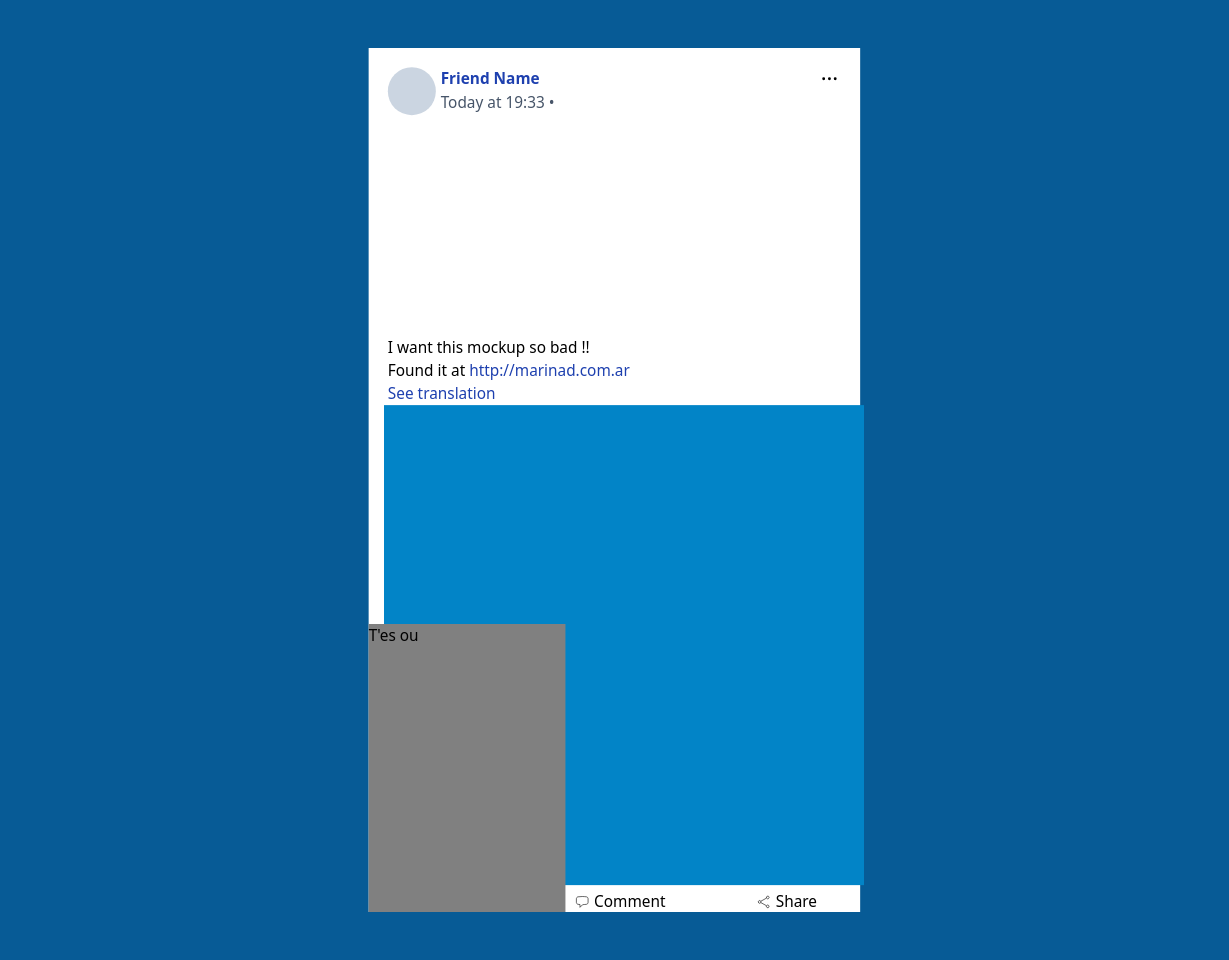
Repository: Sarah7223/internet-programming-tp
Page: TP2/TP02.1.html
The author's editor kept a copy of each file at every save. The page is drawn from the files as they stood at one save, then again after the next save.
The browser window is 1280 px wide. The pictures show the whole page, at 96% of full size.
Some web libraries are served in a nearby version.

Above is the page before, as saved 2023-01-13 10:06:00.

### TP2/TP02.1.html
<html>

<head>
    <style>
        .background {
            display: flex;
            width: 100%;
            height: 1000px;
            background-color: #075B96;
            justify-content: center;
            align-items: center;


            /*
                    #779BE7
                    */
        }

        .whitebox {
            display: flex;
            background-color: white;
            width: 40%;
            height: 900px;
            flex-direction: column;
            justify-content: space-between;


        }

        .firstLine {
            width: 100%;
            height: 100px;
            display: flex;
            flex-wrap: nowrap;
            flex-direction: row;
            padding: 20px;
            padding-bottom: 0px;
            justify-content: space-between;
            align-items: flex-start;
        }

        .circle {
            display: flex;
            width: 50px;
            height: 50px;

        }

        .first-name {
            display: flex;
        }

        .hour {
            display: flex;
        }

        .more {
            display: flex;
        }

        .left-part {
            display: flex;
        }

        .text1 {
            display: flex;
            flex-direction: column;
            margin-left: 5px;

        }

        .post-line {
            display: flex;

        }

        .post {
            width: 100%;
            height: 100px;
            display: flex;
            flex-direction: column;
            padding-left: 20px;

        }

        .carre {
            height: 500px;
            width: 500px;
            align-self: center;
        }

        .reaction {
            width: 100%;
            display: flex;
            flex-direction: row;
            justify-content: space-around;

        }

        .reactionBox {
            padding-top: 5px;
            display: flex;
        }

        .emoticon {
            height: 25;
            padding: 5px;
        }

        .grey-box {
            display: flex;
            height: 300px;
            width: 40%;
            background-color: grey;
        }
    </style>
</head>

<body>
    <script src="https://cdn.tailwindcss.com"></script>
    <div class="background">
        <div class="whitebox">
            <div class="firstLine">
                <div class="left-part">
                    <div class="bg-slate-300 aspect-square rounded-full circle"></div>
                    <div class="text1">
                        <div class="text-blue-800 font-bold first-name">Friend Name</div>
                        <div class="text-slate-600  hour">Today at 19:33 • </div>
                    </div>

                </div>

                <div class="more">
                    <svg xmlns="http://www.w3.org/2000/svg" fill="none" viewBox="0 0 24 24" stroke-width="1.5"
                        stroke="currentColor" class="w-6 h-6">
                        <path stroke-linecap="round" stroke-linejoin="round"
                            d="M6.75 12a.75.75 0 11-1.5 0 .75.75 0 011.5 0zM12.75 12a.75.75 0 11-1.5 0 .75.75 0 011.5 0zM18.75 12a.75.75 0 11-1.5 0 .75.75 0 011.5 0z" />
                    </svg>
                </div>

            </div>
            <div class="post">
                <div class="post-line"> I want this mockup so bad !! </div>
                <span>Found it at
                    <a class="text-blue-800" href="http://marinad.com.ar">http://marinad.com.ar</a></span>
                <div class="text-blue-800"> See translation </div>
                <div class="carre">
                    <div class="bg-sky-600 aspect-square"></div>
                </div>
                <!--3 emoticons, vertically aligns -->
                <div class="reaction">
                    <div class="reactionBox">
                        <svg class="emoticon" xmlns="http://www.w3.org/2000/svg" fill="none" viewBox="0 0 24 24"
                            strokeWidth={1.5} stroke="currentColor" className="w-6 h-6">
                            <path strokeLinecap="round" strokeLinejoin="round"
                                d="M6.633 10.5c.806 0 1.533-.446 2.031-1.08a9.041 9.041 0 012.861-2.4c.723-.384 1.35-.956 1.653-1.715a4.498 4.498 0 00.322-1.672V3a.75.75 0 01.75-.75A2.25 2.25 0 0116.5 4.5c0 1.152-.26 2.243-.723 3.218-.266.558.107 1.282.725 1.282h3.126c1.026 0 1.945.694 2.054 1.715.045.422.068.85.068 1.285a11.95 11.95 0 01-2.649 7.521c-.388.482-.987.729-1.605.729H13.48c-.483 0-.964-.078-1.423-.23l-3.114-1.04a4.501 4.501 0 00-1.423-.23H5.904M14.25 9h2.25M5.904 18.75c.083.205.173.405.27.602.197.4-.078.898-.523.898h-.908c-.889 0-1.713-.518-1.972-1.368a12 12 0 01-.521-3.507c0-1.553.295-3.036.831-4.398C3.387 10.203 4.167 9.75 5 9.75h1.053c.472 0 .745.556.5.96a8.958 8.958 0 00-1.302 4.665c0 1.194.232 2.333.654 3.375z" />
                        </svg>

                        Like
                    </div>
                    <div class="reactionBox">
                        <svg class="emoticon" xmlns="http://www.w3.org/2000/svg" fill="none" viewBox="0 0 24 24"
                            strokeWidth={1.5} stroke="currentColor" className="w-6 h-6">
                            <path strokeLinecap="round" strokeLinejoin="round"
                                d="M2.25 12.76c0 1.6 1.123 2.994 2.707 3.227 1.087.16 2.185.283 3.293.369V21l4.076-4.076a1.526 1.526 0 011.037-.443 48.282 48.282 0 005.68-.494c1.584-.233 2.707-1.626 2.707-3.228V6.741c0-1.602-1.123-2.995-2.707-3.228A48.394 48.394 0 0012 3c-2.392 0-4.744.175-7.043.513C3.373 3.746 2.25 5.14 2.25 6.741v6.018z" />
                        </svg>

                        Comment
                    </div>
                    <div class="reactionBox">
                        <svg class="emoticon" xmlns="http://www.w3.org/2000/svg" fill="none" viewBox="0 0 24 24"
                            strokeWidth={1.5} stroke="currentColor" className="w-6 h-6">
                            <path strokeLinecap="round" strokeLinejoin="round"
                                d="M7.217 10.907a2.25 2.25 0 100 2.186m0-2.186c.18.324.283.696.283 1.093s-.103.77-.283 1.093m0-2.186l9.566-5.314m-9.566 7.5l9.566 5.314m0 0a2.25 2.25 0 103.935 2.186 2.25 2.25 0 00-3.935-2.186zm0-12.814a2.25 2.25 0 103.933-2.185 2.25 2.25 0 00-3.933 2.185z" />
                        </svg>

                        Share
                    </div>
                </div>

            </div>
            <div class="grey-box">T'es ou</div>

        </div>


    </div>

    </div>
</body>

</html>

After the next save:
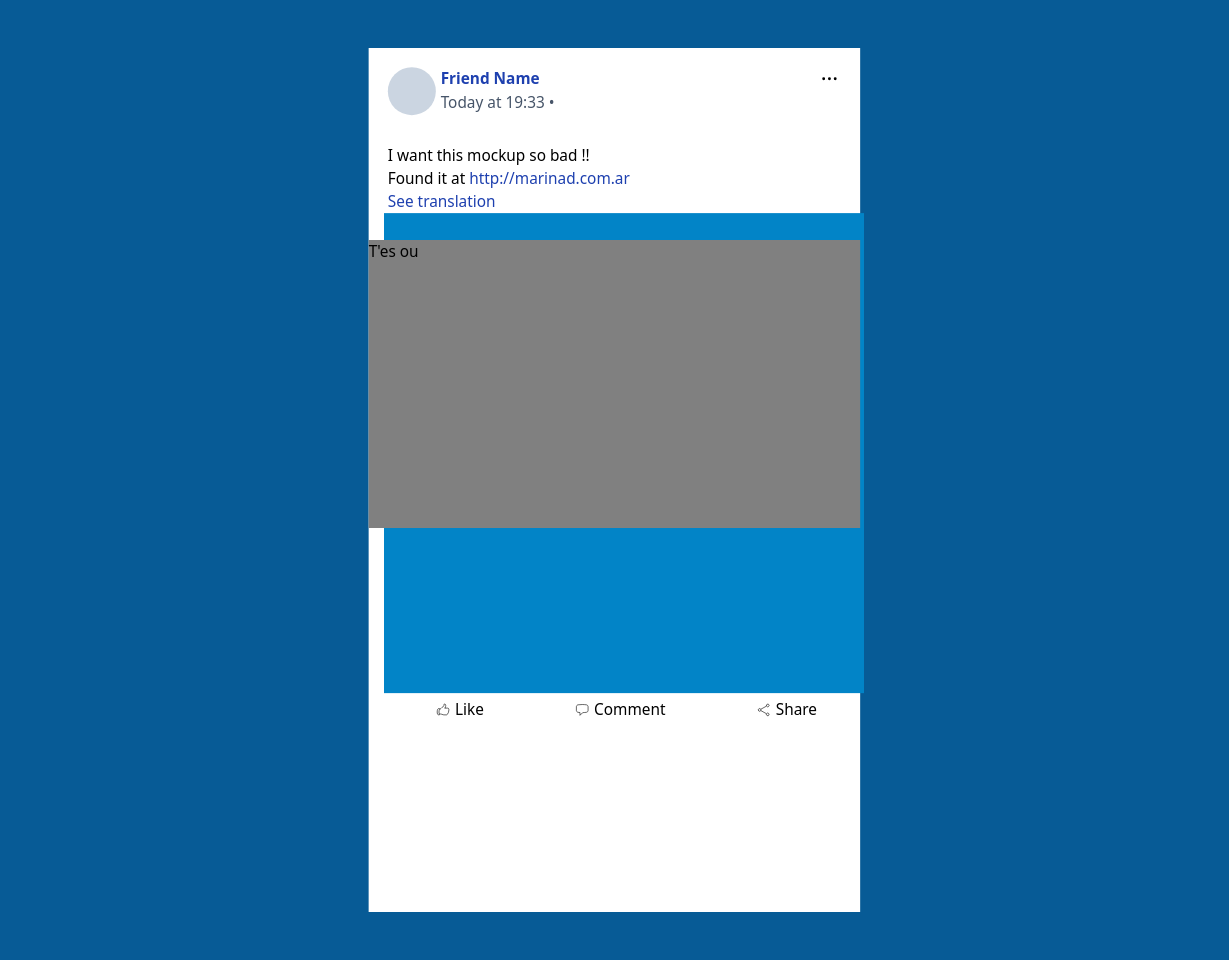
Saved 17 s later.
--- a/TP2/TP02.1.html
+++ b/TP2/TP02.1.html
@@ -22,7 +22,6 @@
             width: 40%;
             height: 900px;
             flex-direction: column;
-            justify-content: space-between;
 
 
         }
@@ -110,7 +109,7 @@
         .grey-box {
             display: flex;
             height: 300px;
-            width: 40%;
+            width: 100%;
             background-color: grey;
         }
     </style>
